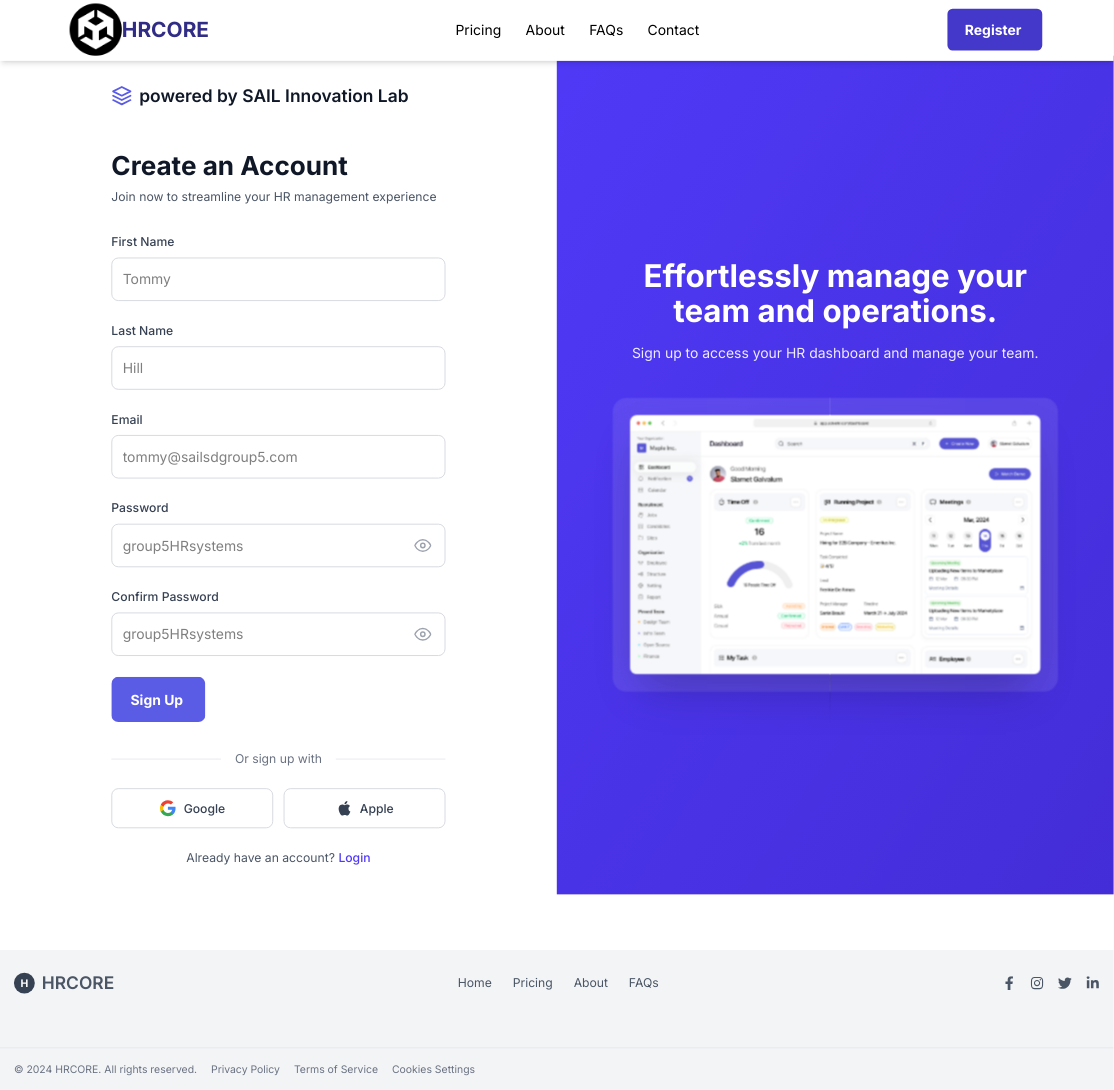
Repository: SAIL-GROUP-5-HR-WEB-APP/HR-WEB
Page: /signup
These files come from the project's save history. The page is drawn as it stood at one moment and after the next save; the edit follows.
The browser window is 1280 px wide. The pictures show the whole page, at 87% of full size.
The project was rebuilt for these pictures with package versions that can differ from the ones it lists, and the page was loaded fresh each time. Also part of the build but not shown: vite.config.ts, src/Components/Block/home/Hero.tsx, src/Components/Block/home/Companies.tsx, src/Components/Block/home/Body.tsx, src/Components/Block/home/HowItWorks.tsx, src/Components/Block/home/HowOne.tsx, src/Components/Block/home/HowTwo.tsx, src/Components/Block/home/Testimonial.tsx and 8 more.

Above is the page before, as saved 2025-08-09 17:39:05.

### index.html
<!DOCTYPE html>
<html lang="en">
  <head>
    <meta charset="UTF-8" />
    <link rel="icon" type="image/svg+xml" href="/vite.svg" />
    <meta name="viewport" content="width=device-width, initial-scale=1.0" />
    <title>Vite + React + TS</title>
    <link rel="preconnect" href="https://fonts.googleapis.com" />
    <link rel="preconnect" href="https://fonts.gstatic.com" crossorigin />
    <link
      href="https://fonts.googleapis.com/css2?family=Inter:ital,opsz,wght@0,14..32,100..900;1,14..32,100..900&display=swap"
      rel="stylesheet"
    />
  </head>
  <body>
    <div id="root"></div>
    <script type="module" src="/src/main.tsx"></script>
  </body>
</html>

### src/App.tsx
import React from "react";
import Home from "./Pages/Home";
import About from "./Pages/About";
import Pricing from "./Pages/Pricing";
import Faqs from "./Pages/Faqs";
import { BrowserRouter, Routes, Route } from "react-router-dom";
import Header from "./Static/Header";
import Footer from "./Static/Footer";
import LoginPage from "./Pages/LoginPage";
import SignupPage from "./Pages/SignupPage";
import Onboarding from "./Pages/Onboarding";
import Contact from "./Pages/Contact";

const App = () => {
  return (
    <div>
      <BrowserRouter>
        <Header />
        <Routes>
          <Route path="/" element={<Home />} />
          <Route path="/about" element={<About />} />
          <Route path="/pricing" element={<Pricing />} />
          <Route path="/faqs" element={<Faqs />} />
          <Route path="/login" element={<LoginPage />} />
          <Route path="/signup" element={<SignupPage />} />
          <Route path="/onboarding" element={<Onboarding />} />
          <Route path="/contact" element={<Contact />} />
        </Routes>
        <Footer />
      </BrowserRouter>
    </div>
  );
};

export default App;

### src/index.css
@tailwind base;
@tailwind components;
@tailwind utilities;

@import "tailwindcss";

@theme {
  --breakpoint-tablet: 800px;
  --breakpoint-mobile: 500px;
}

:root {
  line-height: 1.5;
  font-weight: 400;
}

body {
  margin: 0;
  font-family: "Inter", sans-serif;
}

### src/Pages/SignupPage.tsx
import React, { useState } from 'react';
import Logo from '../Components/Reuseable/Logo';
import PasswordInput from '../Components/Reuseable/PasswordInput';
import SocialButton from '../Components/Reuseable/SocialButton';
import Button from '../Components/Reuseable/Button';

// Define the shape of the form data for type safety
interface FormData {
  firstName: string;
  lastName: string;
  email: string;
  password: string;
  confirmPassword: string;
}

// Main SignupPage component for user registration
const SignupPage: React.FC = () => {
  // State for form inputs
  const [formData, setFormData] = useState<FormData>({
    firstName: '',
    lastName: '',
    email: '',
    password: '',
    confirmPassword: '',
  });

  // State for form errors
  const [errors, setErrors] = useState<Partial<FormData>>({});
  // State for password visibility
  const [showPassword, setShowPassword] = useState(false);
  const [showConfirmPassword, setShowConfirmPassword] = useState(false);
  // State for submission status
  const [submitError, setSubmitError] = useState<string | null>(null);

  // Validate form inputs
  const validateForm = (): boolean => {
    const newErrors: Partial<FormData> = {};
    if (!formData.firstName.trim()) {
      newErrors.firstName = 'First name is required';
    }
    if (!formData.lastName.trim()) {
      newErrors.lastName = 'Last name is required';
    }
    if (!formData.email.trim()) {
      newErrors.email = 'Email is required';
    } else if (!/^[^\s@]+@[^\s@]+\.[^\s@]+$/.test(formData.email)) {
      newErrors.email = 'Invalid email format';
    }
    if (!formData.password) {
      newErrors.password = 'Password is required';
    } else if (formData.password.length < 8) {
      newErrors.password = 'Password must be at least 8 characters';
    }
    if (formData.password !== formData.confirmPassword) {
      newErrors.confirmPassword = 'Passwords do not match';
    }
    setErrors(newErrors);
    return Object.keys(newErrors).length === 0;
  };

  // Handle input changes for form fields
  const handleInputChange = (e: React.ChangeEvent<HTMLInputElement>) => {
    const { name, value } = e.target;
    setFormData((prev) => ({
      ...prev,
      [name]: value,
    }));
    // Clear error for the field being edited
    setErrors((prev) => ({ ...prev, [name]: undefined }));
  };

  // Handle form submission
  const handleSubmit = async (e: React.FormEvent) => {
    e.preventDefault();
    setSubmitError(null);

    if (!validateForm()) {
      return;
    }

    try {
      console.log('Form submitted:', formData);
      // TODO: Replace with API call to backend
      // Example:
      // const response = await fetch('/api/signup', {
      //   method: 'POST',
      //   headers: { 'Content-Type': 'application/json' },
      //   body: JSON.stringify(formData),
      // });
      // if (!response.ok) throw new Error('Signup failed');
      // Redirect to dashboard, e.g.:
      // window.location.href = '/dashboard';
    } catch (error) {
      setSubmitError('An error occurred during signup. Please try again.');
    }
  };

  // Handle Google signup
  const handleGoogleSignup = () => {
    console.log('Signup with Google');
    // TODO: Add Google OAuth integration
  };

  // Handle Apple signup
  const handleAppleSignup = () => {
    console.log('Signup with Apple');
    // TODO: Add Apple OAuth integration
  };

  return (
    // Main container with padding for Header and Footer
    <div className="flex min-h-screen bg-white lg:flex-row flex-col pt-16 pb-16">
      {/* Form Section */}
      <div className="lg:w-1/2 w-full max-w-md mx-auto p-8 flex flex-col justify-center">
        {/* Logo */}
        <div className="mb-12">
          <Logo />
        </div>

        {/* Form Content */}
        <div className="max-w-sm mx-auto w-full">
          {/* Form Header */}
          <div className="mb-8 text-left">
            <h1 className="text-3xl font-bold text-gray-900 mb-2">Create an Account</h1>
            <p className="text-sm text-gray-600">
              Join now to streamline your HR management experience
            </p>
          </div>

          {/* Submission Error */}
          {submitError && (
            <p className="text-sm text-red-500 mb-4" role="alert">
              {submitError}
            </p>
          )}

          {/* Signup Form */}
          <form className="flex flex-col gap-6 mb-8" onSubmit={handleSubmit} noValidate>
            {/* First Name Input */}
            <div className="flex flex-col gap-2">
              <label htmlFor="firstName" className="text-sm font-medium text-gray-700">
                First Name
              </label>
              <input
                type="text"
                id="firstName"
                name="firstName"
                placeholder="Tommy"
                value={formData.firstName}
                onChange={handleInputChange}
                required
                aria-invalid={!!errors.firstName}
                aria-describedby={errors.firstName ? 'firstName-error' : undefined}
                className={`p-3 border ${errors.firstName ? 'border-red-500' : 'border-gray-300'} rounded-lg focus:outline-none focus:ring-2 focus:ring-indigo-500 focus:border-indigo-500 transition`}
              />
              {errors.firstName && (
                <p id="firstName-error" className="text-sm text-red-500 mt-1">
                  {errors.firstName}
                </p>
              )}
            </div>

            {/* Last Name Input */}
            <div className="flex flex-col gap-2">
              <label htmlFor="lastName" className="text-sm font-medium text-gray-700">
                Last Name
              </label>
              <input
                type="text"
                id="lastName"
                name="lastName"
                placeholder="Hill"
                value={formData.lastName}
                onChange={handleInputChange}
                required
                aria-invalid={!!errors.lastName}
                aria-describedby={errors.lastName ? 'lastName-error' : undefined}
                className={`p-3 border ${errors.lastName ? 'border-red-500' : 'border-gray-300'} rounded-lg focus:outline-none focus:ring-2 focus:ring-indigo-500 focus:border-indigo-500 transition`}
              />
              {errors.lastName && (
                <p id="lastName-error" className="text-sm text-red-500 mt-1">
                  {errors.lastName}
                </p>
              )}
            </div>

            {/* Email Input */}
            <div className="flex flex-col gap-2">
              <label htmlFor="email" className="text-sm font-medium text-gray-700">
                Email
              </label>
              <input
                type="email"
                id="email"
                name="email"
                placeholder="tommy@sailsdgroup5.com"
                value={formData.email}
                onChange={handleInputChange}
                required
                aria-invalid={!!errors.email}
                aria-describedby={errors.email ? 'email-error' : undefined}
                className={`p-3 border ${errors.email ? 'border-red-500' : 'border-gray-300'} rounded-lg focus:outline-none focus:ring-2 focus:ring-indigo-500 focus:border-indigo-500 transition`}
              />
              {errors.email && (
                <p id="email-error" className="text-sm text-red-500 mt-1">
                  {errors.email}
                </p>
              )}
            </div>

            {/* Password Input */}
            <PasswordInput
              label="Password"
              id="password"
              name="password"
              placeholder="group5HRsystems"
              value={formData.password}
              onChange={handleInputChange}
              showPassword={showPassword}
              toggleShowPassword={() => setShowPassword(!showPassword)}
              error={errors.password}
            />

            {/* Confirm Password Input */}
            <PasswordInput
              label="Confirm Password"
              id="confirmPassword"
              name="confirmPassword"
              placeholder="group5HRsystems"
              value={formData.confirmPassword}
              onChange={handleInputChange}
              showPassword={showConfirmPassword}
              toggleShowPassword={() => setShowConfirmPassword(!showConfirmPassword)}
              error={errors.confirmPassword}
            />

            {/* Submit Button */}
            <Button
              title="Sign Up"
              bg="#5B5CE6"
              textColor="white"
              borderColor="transparent"
              hoverr="hover:bg-indigo-700"
            />
          </form>

          {/* Divider */}
          <div className="flex items-center my-6">
            <div className="flex-1 h-px bg-gray-200"></div>
            <span className="px-4 text-sm text-gray-500 bg-white">Or sign up with</span>
            <div className="flex-1 h-px bg-gray-200"></div>
          </div>

          {/* Social Login Buttons */}
          <div className="flex gap-3 mb-6 lg:flex-row flex-col">
            <SocialButton
              icon={
                <svg width="20" height="20" viewBox="0 0 24 24" aria-hidden="true">
                  <path
                    d="M22.56 12.25c0-.78-.07-1.53-.2-2.25H12v4.26h5.92c-.26 1.37-1.04 2.53-2.21 3.31v2.77h3.57c2.08-1.92 3.28-4.74 3.28-8.09z"
                    fill="#4285F4"
                  />
                  <path
                    d="M12 23c2.97 0 5.46-.98 7.28-2.66l-3.57-2.77c-.98.66-2.23 1.06-3.71 1.06-2.86 0-5.29-1.93-6.16-4.53H2.18v2.84C3.99 20.53 7.7 23 12 23z"
                    fill="#34A853"
                  />
                  <path
                    d="M5.84 14.09c-.22-.66-.35-1.36-.35-2.09s.13-1.43.35-2.09V7.07H2.18C1.43 8.55 1 10.22 1 12s.43 3.45 1.18 4.93l2.85-2.22.81-.62z"
                    fill="#FBBC05"
                  />
                  <path
                    d="M12 5.38c1.62 0 3.06.56 4.21 1.64l3.15-3.15C17.45 2.09 14.97 1 12 1 7.7 1 3.99 3.47 2.18 7.07l3.66 2.84c.87-2.6 3.3-4.53 6.16-4.53z"
                    fill="#EA4335"
                  />
                </svg>
              }
              text="Google"
              onClick={handleGoogleSignup}
            />
            <SocialButton
              icon={
                <svg width="20" height="20" viewBox="0 0 24 24" fill="currentColor" aria-hidden="true">
                  <path d="M18.71 19.5C17.88 20.74 17 21.95 15.66 21.97C14.32 22 13.89 21.18 12.37 21.18C10.84 21.18 10.37 21.95 9.1 22C7.79 22.05 6.8 20.68 5.96 19.47C4.25 17 2.94 12.45 4.7 9.39C5.57 7.87 7.13 6.91 8.82 6.88C10.1 6.86 11.32 7.75 12.11 7.75C12.89 7.75 14.37 6.68 15.92 6.84C16.57 6.87 18.39 7.1 19.56 8.82C19.47 8.88 17.39 10.1 17.41 12.63C17.44 15.65 20.06 16.66 20.09 16.67C20.06 16.74 19.67 18.11 18.71 19.5ZM13 3.5C13.73 2.67 14.94 2.04 15.94 2C16.07 3.17 15.6 4.35 14.9 5.19C14.21 6.04 13.07 6.7 11.95 6.61C11.8 5.46 12.36 4.26 13 3.5Z" />
                </svg>
              }
              text="Apple"
              onClick={handleAppleSignup}
            />
          </div>

          {/* Sign In Link */}
          <div className="text-center text-sm text-gray-600">
            Already have an account?{' '}
            <a href="/login" className="text-indigo-600 font-medium hover:underline">
              Login
            </a>
          </div>
        </div>
      </div>

      {/* Image Section */}
      <div className="lg:w-1/2 w-full bg-gradient-to-br from-indigo-600 to-indigo-700 flex items-center justify-center p-10">
        <div className="text-center text-white max-w-lg">
          <h2 className="text-3xl font-bold mb-4 lg:text-4xl">
            Effortlessly manage your team and operations.
          </h2>
          <p className="text-base opacity-90 mb-10">
            Sign up to access your HR dashboard and manage your team.
          </p>
          <div className="bg-white/10 rounded-2xl p-5 backdrop-blur-lg">
            <img
              src="src/assets/dashboard.png"
              alt="Dashboard Preview"
              className="w-full h-auto rounded-lg shadow-2xl"
            />
          </div>
        </div>
      </div>
    </div>
  );
};

export default SignupPage;

### src/Components/Reuseable/Button.tsx
interface ButtonProps {
  title: string;
  bg?: string;
  textColor?: string;
  borderColor?: string;
  hoverr?: string;
  icon?: React.ReactNode;
  hoverColor?: string;
}

const Button: React.FC<ButtonProps> = ({
  title,
  bg,
  textColor,
  borderColor,
  hoverr,
  icon,
  hoverColor,
}) => {
  return (
    <button
      style={{
        backgroundColor: `${bg}`,
        color: `${textColor}`,
        border: `2px solid ${borderColor}`,
      }}
      className={`px-5 py-3 rounded-lg flex items-center w-max transition-all duration-300 ${hoverr} font-bold cursor-pointer hover:${hoverColor}`}
    >
      <span> {title}</span>
      <span className="ml-1">{icon}</span>
    </button>
  );
};

export default Button;

### src/Components/Reuseable/Logo.tsx
import React, { memo } from 'react';

// Logo component for consistent branding across the HR-WEBAPP
const Logo: React.FC = () => {
  return (
    // Flex container for logo icon and text, with ARIA label for accessibility
    <div className="flex items-center gap-2" aria-label="Group5 HR logo">
      {/* SVG Logo Icon */}
      <svg width="24" height="24" viewBox="0 0 24 24" fill="none" aria-hidden="true">
        <path
          d="M12 2L2 7L12 12L22 7L12 2Z"
          stroke="#5B5CE6"
          strokeWidth="2"
          strokeLinecap="round"
          strokeLinejoin="round"
        />
        <path
          d="M2 17L12 22L22 17"
          stroke="#5B5CE6"
          strokeWidth="2"
          strokeLinecap="round"
          strokeLinejoin="round"
        />
        <path
          d="M2 12L12 17L22 12"
          stroke="#5B5CE6"
          strokeWidth="2"
          strokeLinecap="round"
          strokeLinejoin="round"
        />
      </svg>
      {/* Logo Text */}
      <span className="text-xl font-semibold text-gray-900">powered by SAIL Innovation Lab</span>
    </div>
  );
};

export default memo(Logo); // Memoize to prevent unnecessary re-renders

### src/Components/Reuseable/SocialButton.tsx
import React, { memo } from 'react';

// Props interface for type safety
interface SocialButtonProps {
  icon: React.ReactNode;
  text: string;
  onClick: () => void;
}

// Reusable SocialButton component for social login buttons
const SocialButton: React.FC<SocialButtonProps> = ({ icon, text, onClick }) => {
  return (
    // Button with flex layout, ARIA label for accessibility
    <button
      type="button"
      onClick={onClick}
      aria-label={`Sign up with ${text}`}
      className="flex-1 flex items-center justify-center gap-2 p-3 border border-gray-300 rounded-lg text-sm font-medium text-gray-700 hover:border-gray-400 hover:shadow-sm transition"
    >
      {icon}
      {text}
    </button>
  );
};

export default memo(SocialButton); // Memoize to prevent unnecessary re-renders

Loaded but not shown: src/main.tsx (common file); src/Static/Footer.tsx (72 lines, source omitted); src/Components/Reuseable/PasswordInput.tsx (77 lines, source omitted); src/Static/Header.tsx (68 lines, source omitted)

After the next save:
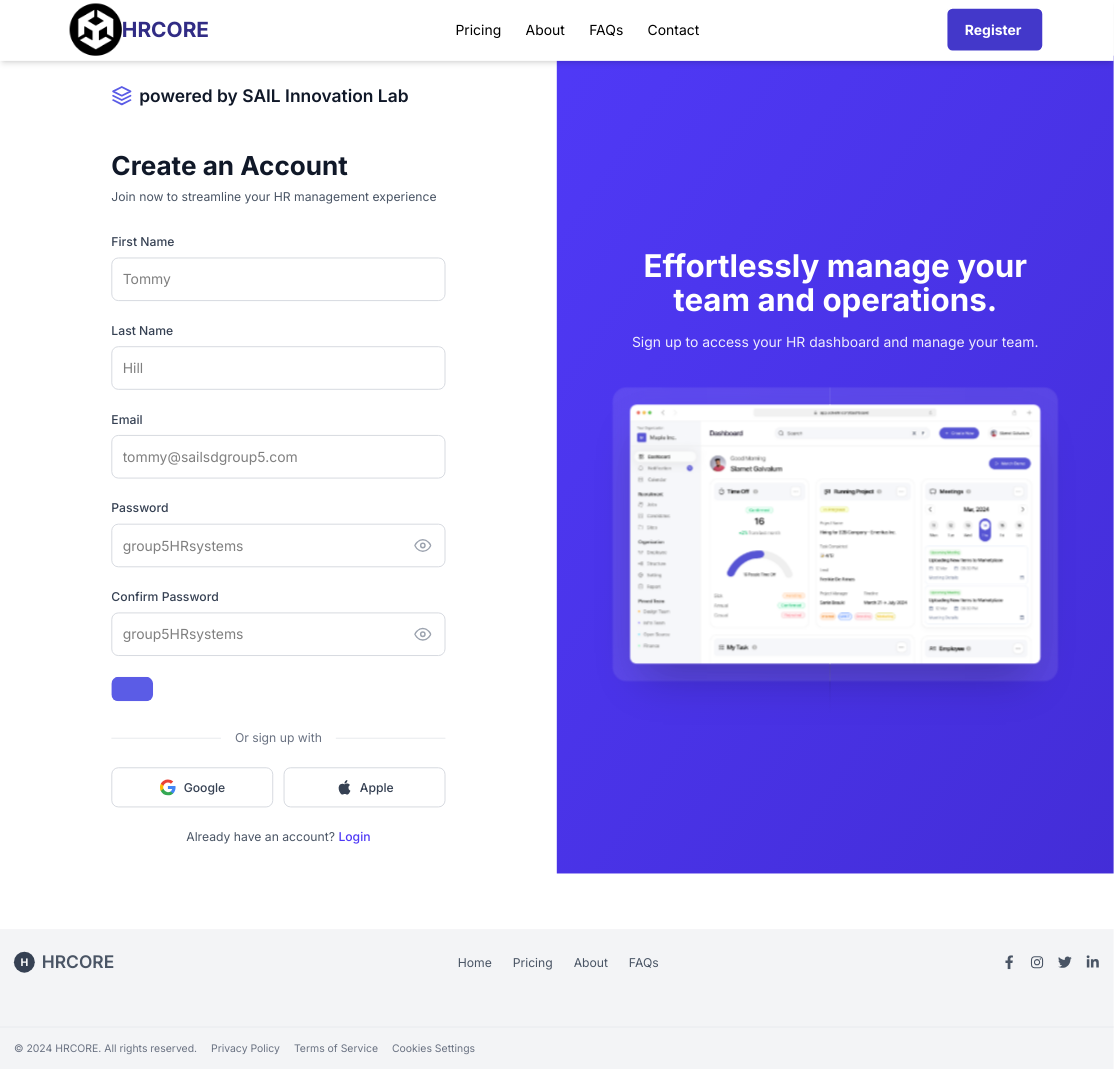
Saved 116 s later.
--- a/src/Pages/SignupPage.tsx
+++ b/src/Pages/SignupPage.tsx
@@ -236,7 +236,7 @@
 
             {/* Submit Button */}
             <Button
-              title="Sign Up"
+              title=""
               bg="#5B5CE6"
               textColor="white"
               borderColor="transparent"

After the save that followed:
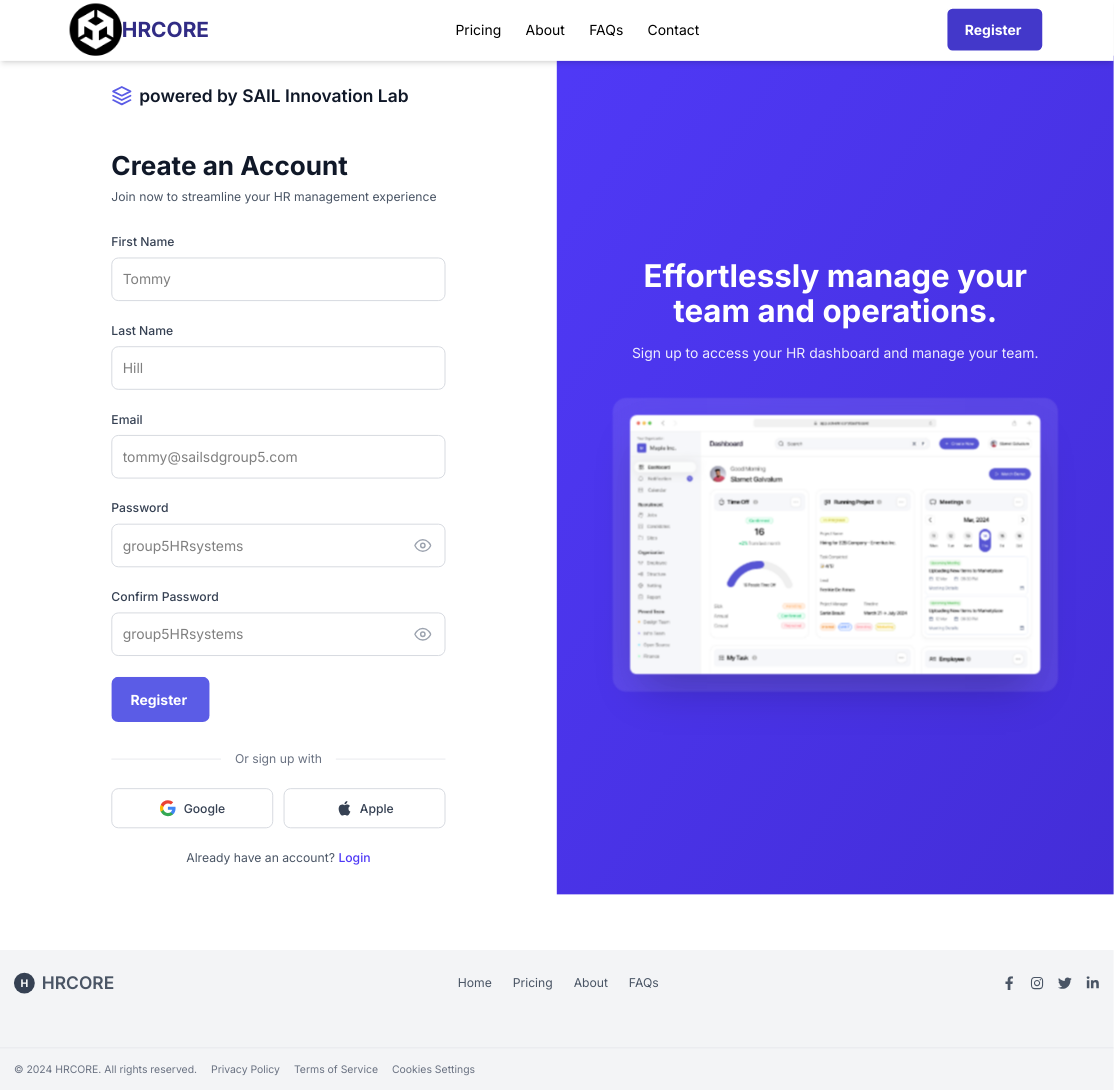
Saved 4 s later.
--- a/src/Pages/SignupPage.tsx
+++ b/src/Pages/SignupPage.tsx
@@ -236,7 +236,7 @@
 
             {/* Submit Button */}
             <Button
-              title=""
+              title="Register"
               bg="#5B5CE6"
               textColor="white"
               borderColor="transparent"
